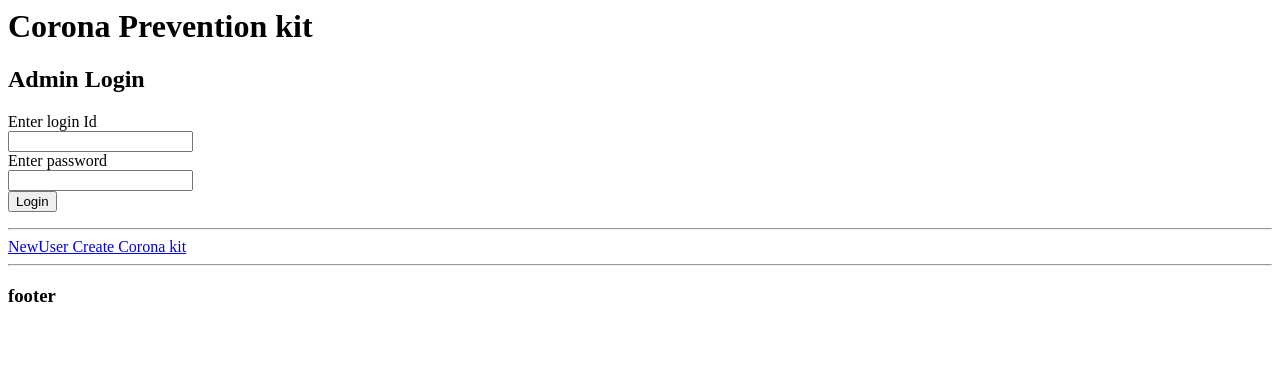
Repository: phanisree-chava/SBA-REPO
Page: http://localhost/CoronakitManagementPortal/
These files come from the project's save history. The page is drawn as it stood at one moment and after the next save; the edit follows.
The browser window is 1280 px wide. The pictures show the whole page.
The page is served by Tomcat 9.

Above is the page before, as saved 2020-08-23 18:02:09.

After the next save:
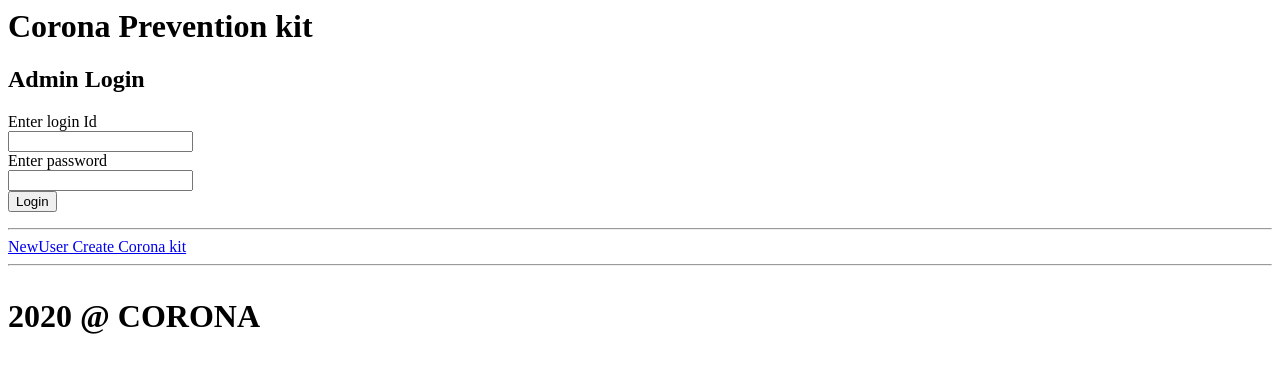
Saved 4 min 58 s later.
--- a/CoronakitManagementPortal/WebContent/footer.jsp
+++ b/CoronakitManagementPortal/WebContent/footer.jsp
@@ -1,3 +1,8 @@
 
-<h3>footer</h3>
-<div id="footer"></div>
+<h1>
+<footer>
+  <p>2020 @ CORONA<br>
+
+</footer>
+
+</h1>
